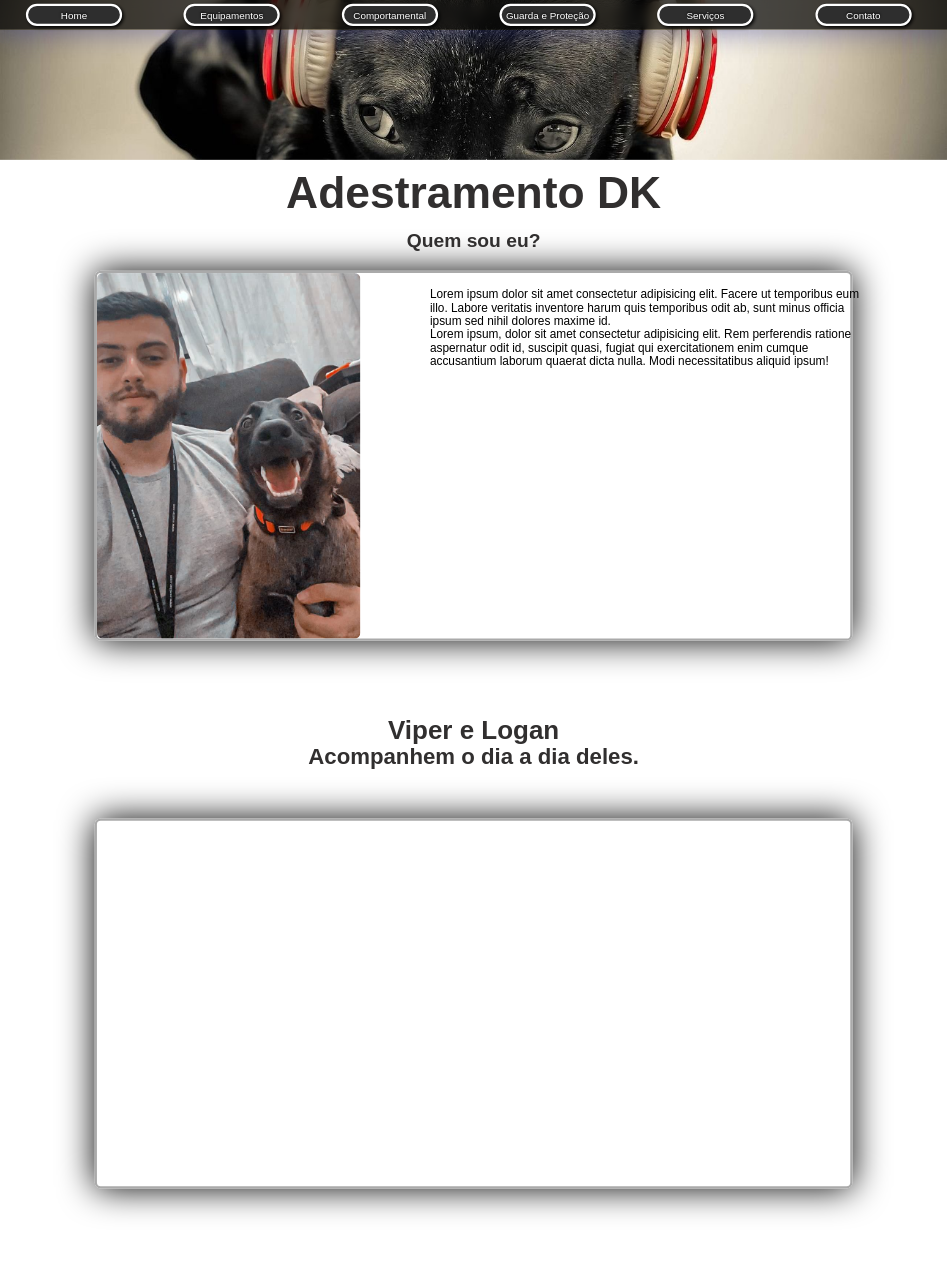
Repository: KevynMarques/Blog-React-StyledComponent
Page: /
An editor plug-in stored every save of this project. The page is shown before and after the next save, followed by the edit.
The browser window is 1280 px wide. The pictures show the whole page, at 74% of full size.
The project was rebuilt for these pictures with package versions that can differ from the ones it lists, and the page was loaded fresh each time.

Above is the page before, as saved 2022-02-01 19:03:26.

After the next save:
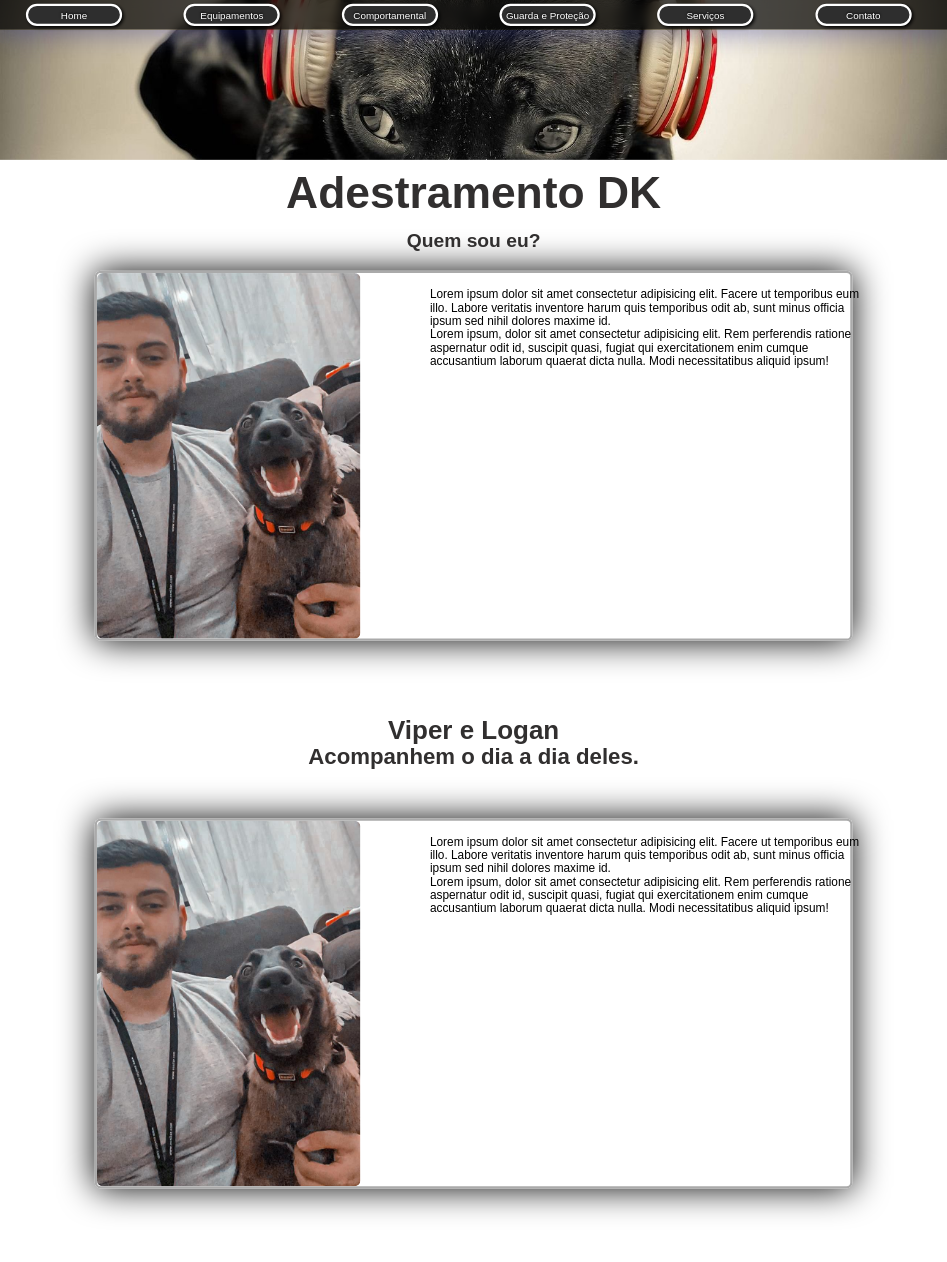
Saved 7 s later.
--- a/src/Components/Sobre/index.jsx
+++ b/src/Components/Sobre/index.jsx
@@ -30,7 +30,15 @@ export default () => {
     </Tittle>
 
 <Dogs>
-
+<section>
+    <p>Lorem ipsum dolor sit amet consectetur adipisicing elit. Facere ut temporibus eum illo. Labore veritatis inventore harum quis temporibus odit ab, sunt minus officia ipsum sed nihil dolores maxime id.
+      <br></br>
+    Lorem ipsum, dolor sit amet consectetur adipisicing elit. Rem perferendis ratione aspernatur odit id, suscipit quasi, fugiat qui exercitationem enim cumque accusantium laborum quaerat dicta nulla. Modi necessitatibus aliquid ipsum!
+    </p>
+       <div>
+        <img src={Foto} />
+       </div>
+    </section>
 </Dogs>
 
 </>
